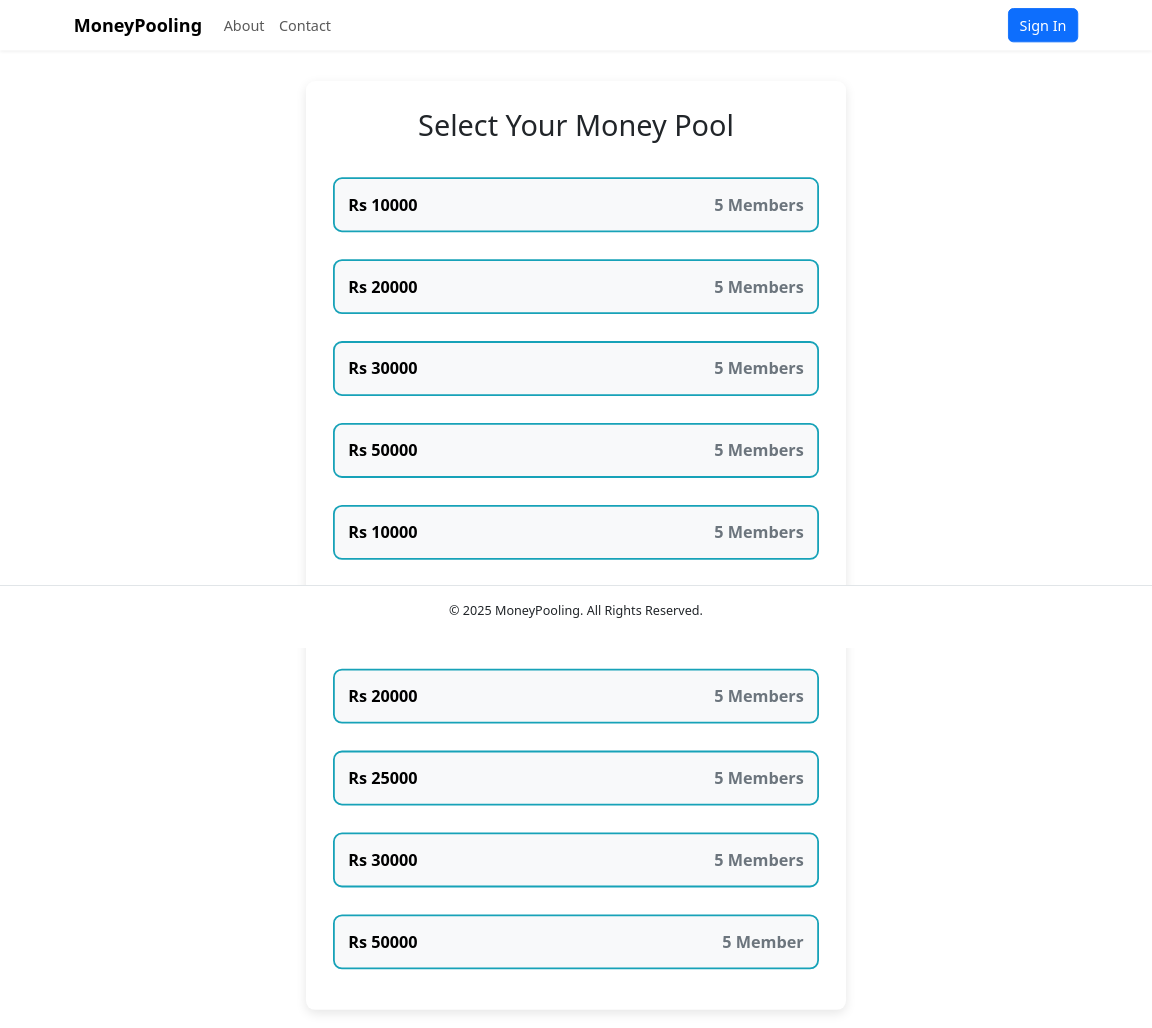
Repository: xxgautm420/MoneyPool
Page: templates/Index.html
These files come from the project's save history. The page is drawn as it stood at one moment and after the next save; the edit follows.
The browser window is 1280 px wide. The pictures show the whole page, at 90% of full size.
The page is served by the project's application, run on Flask 3 (app.py). Other server files are loaded and not shown. The template is opened directly, without the code that normally fills it, so the values that code supplies are empty.

Above is the page before, as saved 2025-03-02 12:04:14.

### templates/Index.html
<!DOCTYPE html>
<html lang="en">
<head>
    <meta charset="UTF-8">
    <meta name="viewport" content="width=device-width, initial-scale=1.0">
    <title>Money Pooling</title>

    <!-- External Stylesheets -->
    <link rel="stylesheet" href="{{ url_for('static', filename='Css/style.css') }}">


    <link href="https://cdn.jsdelivr.net/npm/bootstrap@5.3.0-alpha1/dist/css/bootstrap.min.css" rel="stylesheet">
</head>
<body>

    <!-- Navbar -->
    <nav class="navbar navbar-expand-lg navbar-light bg-white fixed-top shadow-sm">
        <div class="container">
            <a class="navbar-brand fw-bold" href="#">MoneyPooling</a>
            <div class="collapse navbar-collapse">
                <ul class="navbar-nav me-auto mb-2 mb-lg-0">
                    <li class="nav-item">
                        <a class="nav-link" href="#" id="aboutLink">About</a>
                    </li>
                    <li class="nav-item">
                        <a class="nav-link" href="#" id="contactLink">Contact</a>
                    </li>
                </ul>
                <button id="signInButton" class="btn btn-primary">Sign In</button>

        <div id="aboutFormContainer" class="about-container" style="display: none;">
            <div class="about-box">
        <section>
            <h1>About This Project</h1>
            <p>In today's digital age, web applications play a pivotal role in streamlining various processes and enhancing user experiences. This project focuses on developing a web application designed to facilitate a unique and engaging process where members join a slot, contribute a specified amount, and a randomly selected member benefits until all members have been selected. The application aims to provide a seamless and user-friendly experience, ensuring secure login, easy slot selection, and transparent tracking of contributions.</p>
            <p>The project is motivated by the need to create an efficient and reliable system that can manage member contributions and random selections in a fair and transparent manner. By leveraging modern web technologies, the application aims to enhance user engagement and foster a sense of community among members. This document outlines the functional requirements, user interaction flow, technical specifications, and expected outcomes of the project.</p>
            <button id="closeAbout" class="close-button"> x</button>
        </section>
        </div>
    </div>
    <div id="contactFormContainer" class="contact-container" style="display: none;">
        <div class="contact-box">
    <section>
        <h1>Contact</h1>
        <form>
            <label for="name">Name:</label><br>
            <input type="text" id="name" name="name" placeholder="Your Name"><br><br>
            <label for="email">Email:</label><br>
            <input type="email" id="email" name="email" placeholder="Your Email"><br><br>
            <label for="number">Number:</label><br>
            <input type="tel" id="number" name="number" placeholder="Your Phone Number"><br><br>
        </form>
        <p><strong>Address:</strong> Your Address Here</p>
        <p><strong>Contact Number:</strong> Your Contact Number Here</p>

        <button id="closeContact" class="close-button"> x</button>
    </section>
    </div>
</div>


            </div>
        </div>
    </nav>

    <!-- Main Content -->
    <div class="main-container">
        <h2 class="text-center mb-4">Select Your Money Pool</h2>
        <div class="slot-container">
            <button class="slot"><span>Rs 10000</span> <span class="members">5 Members</span></button>
            <button class="slot"><span>Rs 20000</span> <span class="members">5 Members</span></button>
            <button class="slot"><span>Rs 30000</span> <span class="members">5 Members</span></button>
            <button class="slot"><span>Rs 50000</span> <span class="members">5 Members</span></button>
            <button class="slot"><span>Rs 10000</span> <span class="members">5 Members</span></button>
            <button class="slot"><span>Rs 15000</span> <span class="members">5 Members</span></button>
            <button class="slot"><span>Rs 20000</span> <span class="members">5 Members</span></button>
            <button class="slot"><span>Rs 25000</span> <span class="members">5 Members</span></button>
            <button class="slot"><span>Rs 30000</span> <span class="members">5 Members</span></button>
            <button class="slot"><span>Rs 50000</span> <span class="members">5 Member</span></button>
        </div>
    </div>

    <!-- Login Form (Hidden Initially) -->
    <div id="loginFormContainer" class="login-container">
        <div class="login-box">
            <h3>Login</h3>
            <input type="text" id="username" placeholder="Username">
            <input type="password" id="password" placeholder="Password">
            <button id="loginSubmit" class="btn btn-success">Login</button>
            <button id="closeLogin" class="btn btn-danger">Close</button>
        </div>
    </div>

    <!-- Join Pool Form (Hidden Initially) -->
    <div id="joinPoolForm" class="login-container" style="display: none;">
        <div class="login-box">
            <h3>Join Pool</h3>
            <button id="joinSubmit" class="btn btn-success" onclick="location.href='/progress'">Join</button>
            <button id="closeJoinPool" class="btn btn-danger">Close</button>
        </div>
    </div>

    <!-- Footer -->
    <footer class="text-center py-3">
        <p>&copy; 2025 MoneyPooling. All Rights Reserved.</p>
    </footer>

    <!-- External JavaScript -->
    <script src="{{ url_for('static', filename='Script/script.js') }}"></script>
</body>
</html>

### app.py
from flask import Flask, render_template , jsonify
from user import User, db
from config import Config
from auth import auth_bp

app = Flask(__name__)
app.config.from_object(Config)
db.init_app(app)

app.register_blueprint(auth_bp)

@app.route('/')
def home():
    return render_template('index.html')

@app.route('/progress')
def progress():
    return render_template('progress.html')

@app.route('/api/users/top5', methods=['GET'])
def get_top5_users():
    users = User.query.limit(5).all()
    return jsonify([user.username for user in users])

if __name__ == '__main__':
    app.run(debug=True)

### static/Css/style.css
/* General Page Styling */
body {
    font-family: Arial, sans-serif;
    text-align: center;
    margin: 0;
    background-color: white;
    padding-top: 70px; /* Space for fixed navbar */
    display: flex;
    flex-direction: column;
    min-height: 100vh; /* Ensure the body takes at least the full height of the viewport */
}

/* Navbar */
.navbar {
    box-shadow: 0px 2px 5px rgba(0, 0, 0, 0.1);
}

/* Main Container */
.main-container {
    width: 80%;
    max-width: 600px;
    margin: 20px auto; /* Adjusted margin for spacing */
    padding: 30px;
    background-color: white;
    border-radius: 10px;
    box-shadow: 0 4px 12px rgba(0, 0, 0, 0.1);
    flex: 1; /* Allow the main container to grow and take available space */
    overflow-y: auto; /* Enable vertical scrolling if content exceeds height */
}

/* Slot Container */
.slot-container {
    display: flex;
    flex-direction: column;
    align-items: center;
}

/* Slot Styling (Now as Buttons) */
.slot {
    width: 100%;
    background-color: #f8f9fa;
    border: 2px solid #17a2b8;
    padding: 15px;
    margin: 15px 0;
    border-radius: 10px;
    font-size: 18px;
    cursor: pointer;
    display: flex;
    justify-content: space-between;
    align-items: center;
    font-weight: bold;
    transition: 0.3s;
}

.slot:hover {
    background-color: #17a2b8;
    color: white;
}

/* Align Members to Right */
.members {
    color: #6c757d;
}

/* Login Form Container */
.login-container {
    position: fixed;
    top: 0;
    left: 0;
    width: 100%;
    height: 100%;
    background: rgba(0, 0, 0, 0.5);
    display: none;
    align-items: center;
    justify-content: center;
    z-index: 1000; /* Ensure the container is above other elements */
}

/* Login Box */
.login-box {
    background: white;
    padding: 20px;
    border-radius: 10px;
    box-shadow: 0 4px 12px rgba(0, 0, 0, 0.3);
    text-align: center;
    width: 350px;
    max-height: 80%; /* Ensure the login box doesn't exceed the height */
    overflow-y: auto; /* Enable scrolling within the login box if needed */
}

.login-box h3 {
    margin-bottom: 15px;
}

.login-box input {
    width: 100%;
    padding: 10px;
    margin-bottom: 10px;
    border: 1px solid #ddd;
    border-radius: 5px;
}

.login-box button {
    width: 100%;
    padding: 10px;
    margin-top: 5px;
}

/* Close Button at Top Right */


/* Join Pool Form (Similar to Login Form) */
#joinPoolForm .login-box {
    background: white;
    padding: 20px;
    border-radius: 10px;
    box-shadow: 0 4px 12px rgba(0, 0, 0, 0.3);
    text-align: center;
    width: 350px;
    max-height: 80%; /* Ensure the join pool box doesn't exceed the height */
    overflow-y: auto; /* Enable scrolling within the join pool box if needed */
}

#joinPoolForm .login-box h3 {
    margin-bottom: 15px;
}

#joinPoolForm .login-box button {
    width: 100%;
    padding: 10px;
    margin-top: 5px;
}

/* Footer */
footer {
    width: 100%;
    background-color: white;
    text-align: center;
    padding: 10px;
    font-size: 14px;
    border-top: 1px solid #dee2e6;
    position: fixed; /* Ensure footer stays at the bottom */
    bottom: 0;
    left: 0;
    right: 0;
}

/* About Form Container */
.about-container {
    position: fixed;
    top: 50%;
    left: 50%;
    transform: translate(-50%, -50%);
    width: 80%;
    max-width: 600px;
    background-color: white;
    border-radius: 10px;
    box-shadow: 0 4px 8px rgba(0, 0, 0, 0.1);
    overflow: auto;
    max-height: 90vh;
    padding: 20px;
}

.about-box {
    padding: 20px;
}

.about-container h1 {
    margin-top: 0;
}

.about-container p {
    line-height: 1.6;
}

.close-button {
    position: absolute;
    top: 10px;
    right: 10px;
    background-color: #f44336;
    color: white;
    border: none;
    border-radius: 50%;
    width: 30px;
    height: 30px;
    cursor: pointer;
    font-size: 16px;
}

.close-button:hover {
    background-color: #d32f2f;
}

 /* contact form */

 .contact-container {
    position: fixed;
    top: 50%;
    left: 50%;
    transform: translate(-50%, -50%);
    width: 80%;
    max-width: 600px;
    background-color: white;
    border-radius: 10px;
    box-shadow: 0 4px 8px rgba(0, 0, 0, 0.1);
    overflow: auto;
    max-height: 90vh;
    padding: 20px;
}

.contact-container h1 {
    margin-top: 0;
}

.contact-container form {
    margin-top: 20px;
}

.contact-container input,
.contact-container textarea {
    width: 100%;
    padding: 10px;
    margin-top: 5px;
    margin-bottom: 10px;
    border-radius: 5px;
    border: 1px solid #ccc;
}

.contact-container p {
    line-height: 1.6;
    margin-top: 10px;
}

.close-button {
    position: absolute;
    top: 10px;
    right: 10px;
    background-color: #f44336;
    color: white;
    border: none;
    border-radius: 50%;
    width: 30px;
    height: 30px;
    cursor: pointer;
    font-size: 16px;
}

.close-button:hover {
    background-color: #d32f2f;
}

### static/Script/script.js
document.addEventListener("DOMContentLoaded", () => {
    const signInButton = document.getElementById("signInButton");
    const loginFormContainer = document.getElementById("loginFormContainer");
    const closeLogin = document.getElementById("closeLogin");
    const loginSubmit = document.getElementById("loginSubmit");
    const slots = document.querySelectorAll(".slot");
    const joinPoolForm = document.getElementById("joinPoolForm");
    const closeJoinPool = document.getElementById("closeJoinPool");

    let isSignedIn = false;

    signInButton.addEventListener("click", () => {
        if (!isSignedIn) {
            loginFormContainer.style.display = "flex";
        } else {
            alert("You have signed out.");
            signInButton.textContent = "Sign In";
            signInButton.classList.replace("btn-danger", "btn-primary");
            isSignedIn = false;
        }
    });

    closeLogin.addEventListener("click", () => {
        loginFormContainer.style.display = "none";
    });

    loginSubmit.addEventListener("click", (event) => {
        event.preventDefault();

        let username = document.getElementById("username").value;
        let password = document.getElementById("password").value;

        if (username && password) {
            fetch('/api/users/login', {
                method: 'POST',
                headers: {
                    'Content-Type': 'application/json'
                },
                body: JSON.stringify({ username: username, password: password })
            })
            .then(response => response.json())
            .then(data => {
                if (data.success) {
                    alert(`Welcome, ${username}!`);
                    loginFormContainer.style.display = "none";
                    signInButton.textContent = "Sign Out";
                    signInButton.classList.replace("btn-primary", "btn-danger");
                    isSignedIn = true;
                } else {
                    alert('Login failed: ' + data.message);
                }
            })
            .catch(error => {
                console.error('Error:', error);
                alert('An error occurred while logging in. Please try again.');
            });
        } else {
            alert("Please enter username and password.");
        }
    });

    // registrationSubmit.addEventListener("click", (event) => {
    //     event.preventDefault();

    //     let username = document.getElementById("registerUsername").value;
    //     let password = document.getElementById("registerPassword").value;

    //     if (username && password) {
    //         fetch('/api/users/register', {
    //             method: 'POST',
    //             headers: {
    //                 'Content-Type': 'application/json'
    //             },
    //             body: JSON.stringify({ username: username, password: password })
    //         })
    //         .then(response => response.json())
    //         .then(data => {
    //             if (data.success) {
    //                 alert(`Registration successful, ${username}!`);
    //             } else {
    //                 alert('Registration failed: ' + data.message);
    //             }
    //         })
    //         .catch(error => {
    //             console.error('Error:', error);
    //             alert('An error occurred during registration. Please try again.');
    //         });
    //     } else {
    //         alert("Please enter username and password.");
    //     }
    // });

    // Show Join Pool Form on Slot Click
    slots.forEach(slot => {
        slot.addEventListener("click", () => {
            if (isSignedIn) {
                joinPoolForm.style.display = "flex";
            } else {
                alert("Please sign in to select a money pool.");
            }
        });
    });

    // Close Join Pool Form
    closeJoinPool.addEventListener("click", () => {
        joinPoolForm.style.display = "none";
    });
});




//about form
document.addEventListener("DOMContentLoaded", function() {
    const aboutLink = document.getElementById("aboutLink");
    const aboutFormContainer = document.getElementById("aboutFormContainer");
    const closeAboutForm = document.getElementById("closeAbout");


    aboutLink.addEventListener("click", function(event) {
        event.preventDefault();
        aboutFormContainer.style.display = "block";
    });

    closeAboutForm.addEventListener("click", () => {
        aboutFormContainer.style.display = "none";
    });


});

//contact form
document.addEventListener("DOMContentLoaded", function() {
    const contactLink = document.getElementById("contactLink");
    const contactFormContainer = document.getElementById("contactFormContainer");
    const closeContactForm = document.getElementById("closeContact");


    contactLink.addEventListener("click", function(event) {
        event.preventDefault();
        contactFormContainer.style.display = "block";
    });

    closeContactForm.addEventListener("click", () => {
        contactFormContainer.style.display = "none";
    });


});

After the next save:
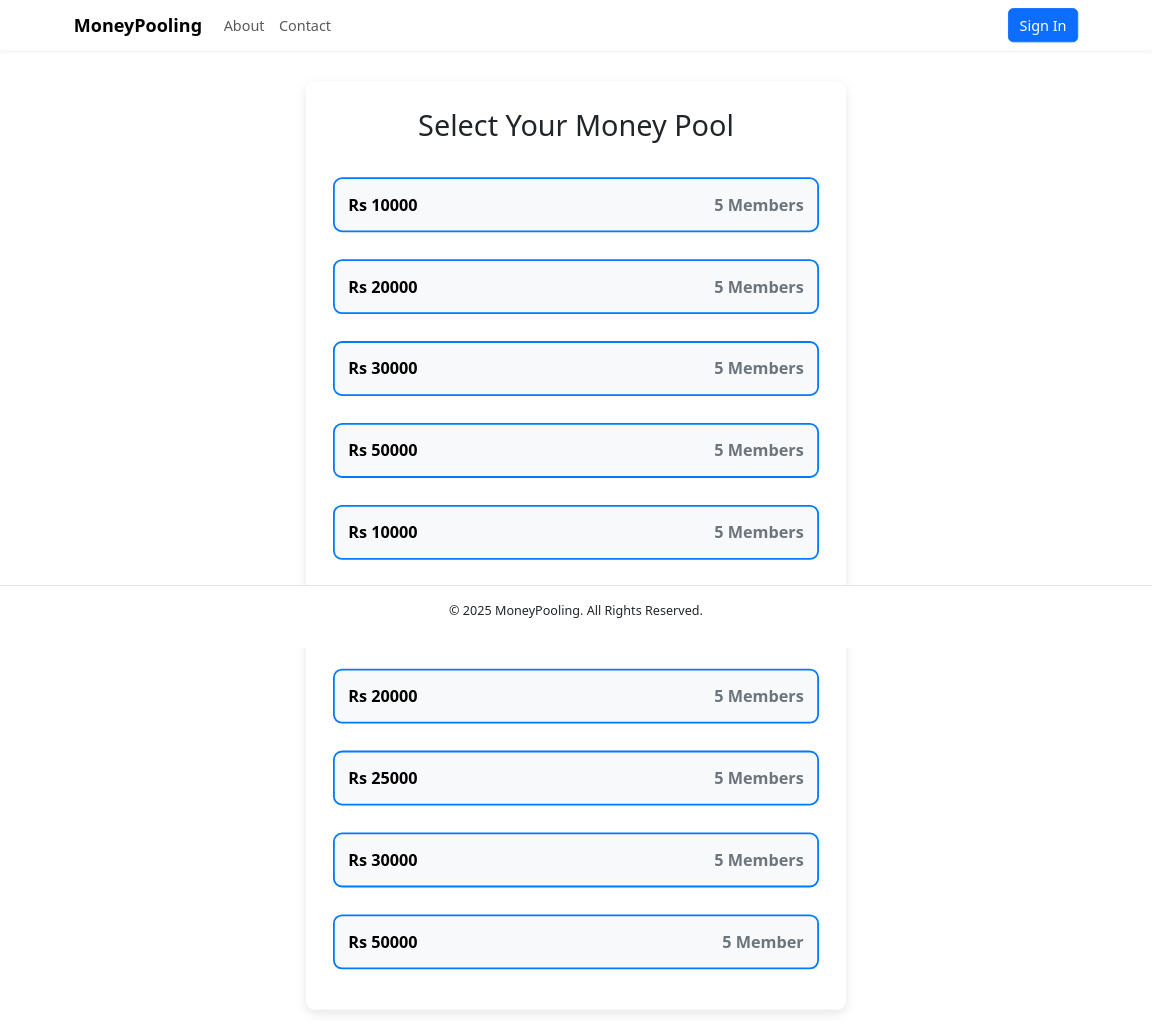
Saved 4 min 46 s later.
--- a/static/Css/style.css
+++ b/static/Css/style.css
@@ -13,6 +13,8 @@ body {
 /* Navbar */
 .navbar {
     box-shadow: 0px 2px 5px rgba(0, 0, 0, 0.1);
+    background-color: #007BFF; /* Blue */
+    color: white;
 }
 
 /* Main Container */
@@ -39,7 +41,7 @@ body {
 .slot {
     width: 100%;
     background-color: #f8f9fa;
-    border: 2px solid #17a2b8;
+    border: 2px solid #007BFF; /* Blue */
     padding: 15px;
     margin: 15px 0;
     border-radius: 10px;
@@ -53,7 +55,7 @@ body {
 }
 
 .slot:hover {
-    background-color: #17a2b8;
+    background-color: #007BFF; /* Blue */
     color: white;
 }
 
@@ -96,7 +98,7 @@ body {
     width: 100%;
     padding: 10px;
     margin-bottom: 10px;
-    border: 1px solid #ddd;
+    border: 1px solid #007BFF; /* Blue */
     border-radius: 5px;
 }
 
@@ -104,10 +106,34 @@ body {
     width: 100%;
     padding: 10px;
     margin-top: 5px;
+    background-color: #007BFF; /* Blue */
+    color: white;
+    border: none;
+    border-radius: 5px;
+}
+
+.login-box button:hover {
+    background-color: #0056b3; /* Darker Blue */
 }
 
 /* Close Button at Top Right */
-
+.close-button {
+    position: absolute;
+    top: 10px;
+    right: 10px;
+    background-color: #f44336;
+    color: white;
+    border: none;
+    border-radius: 50%;
+    width: 30px;
+    height: 30px;
+    cursor: pointer;
+    font-size: 16px;
+}
+
+.close-button:hover {
+    background-color: #d32f2f;
+}
 
 /* Join Pool Form (Similar to Login Form) */
 #joinPoolForm .login-box {
@@ -129,6 +155,14 @@ body {
     width: 100%;
     padding: 10px;
     margin-top: 5px;
+    background-color: #007BFF; /* Blue */
+    color: white;
+    border: none;
+    border-radius: 5px;
+}
+
+#joinPoolForm .login-box button:hover {
+    background-color: #0056b3; /* Darker Blue */
 }
 
 /* Footer */
@@ -191,9 +225,8 @@ footer {
     background-color: #d32f2f;
 }
 
- /* contact form */
-
- .contact-container {
+/* Contact Form */
+.contact-container {
     position: fixed;
     top: 50%;
     left: 50%;
@@ -223,7 +256,7 @@ footer {
     margin-top: 5px;
     margin-bottom: 10px;
     border-radius: 5px;
-    border: 1px solid #ccc;
+    border: 1px solid #007BFF; /* Blue */
 }
 
 .contact-container p {
@@ -231,7 +264,7 @@ footer {
     margin-top: 10px;
 }
 
-.close-button {
+.contact-container .close-button {
     position: absolute;
     top: 10px;
     right: 10px;
@@ -245,6 +278,36 @@ footer {
     font-size: 16px;
 }
 
-.close-button:hover {
+.contact-container .close-button:hover {
     background-color: #d32f2f;
 }
+
+/* Overlay */
+.overlay {
+    position: fixed;
+    top: 0;
+    left: 0;
+    width: 100%;
+    height: 100%;
+    background-color: rgba(0, 0, 0, 0.7);
+    z-index: 1000; /* Ensure it's on top */
+    display: none; /* Initially hidden */
+}
+
+/* Form container */
+.contact-container {
+    position: fixed;
+    top: 50%;
+    left: 50%;
+    transform: translate(-50%, -50%);
+    width: 80%;
+    max-width: 600px;
+    background-color: white;
+    border-radius: 10px;
+    box-shadow: 0 4px 8px rgba(0, 0, 0, 0.1);
+    overflow: auto;
+    max-height: 90vh;
+    padding: 20px;
+    z-index: 1001; /* On top of the overlay */
+    display: none; /* Initially hidden */
+}
